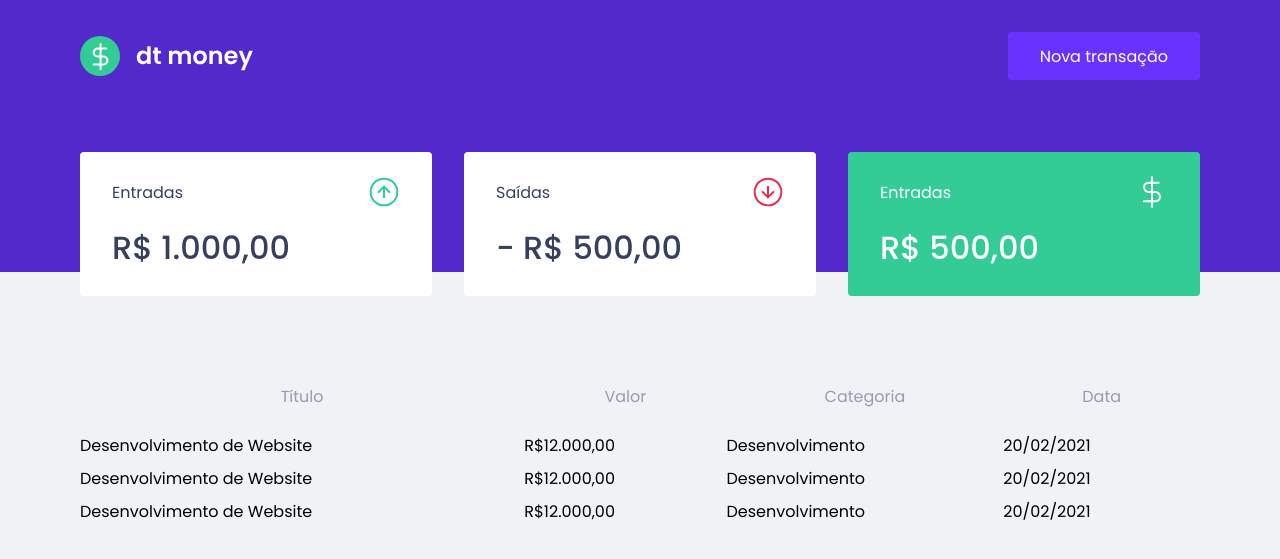
Repository: lucaslopesdevv/dtmoney
Page: /
An editor plug-in stored every save of this project. The page is shown before and after the next save, followed by the edit.
The browser window is 1280 px wide. The pictures show the whole page.
The project was rebuilt for these pictures with package versions that can differ from the ones it lists, and the page was loaded fresh each time.

Above is the page before, as saved 2021-12-06 22:05:27.

### public/index.html
<!DOCTYPE html>
<html lang="en">
  <head>
    <link rel="preconnect" href="https://fonts.googleapis.com">
    <link rel="preconnect" href="https://fonts.gstatic.com" crossorigin>
    <meta charset="utf-8" />
    <meta name="viewport" content="width=device-width, initial-scale=1" />

<Link rel="shortcut icon" href="favicon.png" type="image/png"/>

    <title>Dtmoney</title>
    <link href="https://fonts.googleapis.com/css2?family=Poppins:wght@400;500;600&family=Roboto:wght@400;700&display=swap" rel="stylesheet">


  </head>
  <body>
    <noscript>You need to enable JavaScript to run this app.</noscript>
    <div id="root"></div>
  </body>
</html>

### src/App.tsx

import { Dashboard } from "./components/Header/Dashboard";
import { Header } from "./components/Header/index";
import { GlobalStyle } from "./styles/global";

export function App() {
  return (
    <>
      <Header />
      <Dashboard />
      <GlobalStyle />
    </>
  );
}

### src/components/Header/Dashboard/index.tsx
import { Summary } from '../../Summary';
import { TransactionsTable } from '../../TransactionsTable';

import { Container } from './styles';


export function Dashboard() {
    return (
        <Container>
            <Summary />
            <TransactionsTable/>
        </Container>
    );
}

### src/components/Header/index.tsx
import logoImg from '../../assets/logo.svg';
import { Container, Content } from './styles';

export function Header() {
    return (
        <Container>
            <Content>
                <img src={logoImg} alt="dt money" />
                <button type="button">
                    Nova transação
                </button>
            </Content>
        </Container>
    )
}

### src/styles/global.ts
import { createGlobalStyle } from 'styled-components';

export const GlobalStyle = createGlobalStyle`
:root {
    --background: #F0F2F5;
    --red: #e52e4d;
    --green: #33cc95;
    --blue: #5429cc;
    --blue-light: #6933ff;

    --text-title: #363f5f;
    --text-body: #969cb3;

    --shape: #ffffff;
}
    *{
        margin: 0;
        padding: 0;
        box-sizing: boder-box;
    }

/*font-size: 16px (Desktop)*/

html {
    @media (max-width: 1080px){
        font-size: 93.75%; /*15px*/
    }

    @media (max-width: 720px){
        font-size: 87.5%; /*14px*/
    }
}

    body {
        background-color: var(--background);
        -webkit-font-smoothing: antialiased;
    }

    body, input, textarea, button {
        font-family: 'Poppins', sans-serif;
        font-weight: 400;
    }

    h1, h2, h3, h4, h5, h6, strong{
        font-weight: 600;
    }

    button{
        cursor: pointer;
    }

    [disabled] {
        opacity: 0.6;
        cursor: not-allowed;
    }


`

### src/components/Summary/index.tsx
import incomeImg from '../../assets/income.svg';
import outcomeImg from '../../assets/outcome.svg';
import totalImg from '../../assets/total.svg';

import { Container } from './styles';

export function Summary() {
    return (
        <Container>
            <div>
                <header>
                    <p>Entradas</p>
                    <img src={incomeImg} alt="Entradas" />
                </header>
                <strong>R$ 1.000,00</strong>
            </div>

            <div>
                <header>
                    <p>Saídas</p>
                    <img src={outcomeImg} alt="Saídas" />
                </header>
                <strong>- R$ 500,00</strong>
            </div>

            <div className="highlight-background">
                <header>
                    <p>Entradas</p>
                    <img src={totalImg} alt="Total" />
                </header>
                <strong>R$ 500,00</strong>
            </div>
        </Container>
    )
}

### src/components/TransactionsTable/index.tsx
import { Container } from "./styles";

export function TransactionsTable(){
    return (
        <Container>
            <table>
                <thead>
                    <tr>
                        <th>Título</th>
                        <th>Valor</th>
                        <th>Categoria</th>
                        <th>Data</th>
                    </tr>
                </thead>
                <tbody>
                    <tr>
                        <td>Desenvolvimento de Website</td>
                        <td>R$12.000,00</td>
                        <td>Desenvolvimento</td>
                        <td>20/02/2021</td>
                    </tr>
                    <tr>
                        <td>Desenvolvimento de Website</td>
                        <td>R$12.000,00</td>
                        <td>Desenvolvimento</td>
                        <td>20/02/2021</td>
                    </tr>
                    <tr>
                        <td>Desenvolvimento de Website</td>
                        <td>R$12.000,00</td>
                        <td>Desenvolvimento</td>
                        <td>20/02/2021</td>
                    </tr>
                </tbody>
            </table>
        </Container>
    );
};

### src/components/Header/Dashboard/styles.ts
import styled from "styled-components";

export const Container = styled.main`

    max-width: 1120px;
    margin: 0 auto;
    padding: 2.5rem 1rem;
`;

### src/components/Header/styles.ts
import styled from 'styled-components';

export const Container = styled.header`
background: var(--blue);

`;

export const Content = styled.div`
    max-width: 1120px;
    margin: 0 auto;

    padding: 2rem 1rem 12rem;
    display: flex;
    align-items: center;
    justify-content: space-between;

button{
    font-size: 1rem;
    color: #FFF;
    background: var(--blue-light);
    border: 0;
    padding: 0 2rem;
    border-radius: 0.25rem;
    height: 3rem;

    transition: filter 0.2s;

    &:hover{
        filter: brightness(0.9);
    }
}
`;

### src/components/Summary/styles.ts
import styled from "styled-components";

export const Container = styled.div`
    display: grid;
    grid-template-columns: repeat(3, 1fr);
    gap: 2rem;
    margin-top: -10rem;

    div {
        background: var(--shape);
        padding: 1.5rem 2rem;
        border-radius: 0.25rem;
        color: var(--text-title);


    header{
        display: flex;
        align-items: center;
        justify-content: space-between;
    }

    strong {
        display: block;
        margin-top: 1rem;
        font-size: 2rem;
        font-weight: 500;
        line-height: 3rem;
    }

    &.highlight-background{
        background: var(--green);
        color: #FFF;
    }
}
`;

### src/components/TransactionsTable/styles.ts
import styled from "styled-components";

export const Container = styled.div`

    margin-top: 4rem;

    table{
        width: 100%;
        border-spacing: 0 0.5rem;
    }

    th{
        color: var(--text-body);
        font-weight: 400;
        padding: 1rem 2rem;
    }

`;

Loaded but not shown: src/index.tsx (common file)

After the next save:
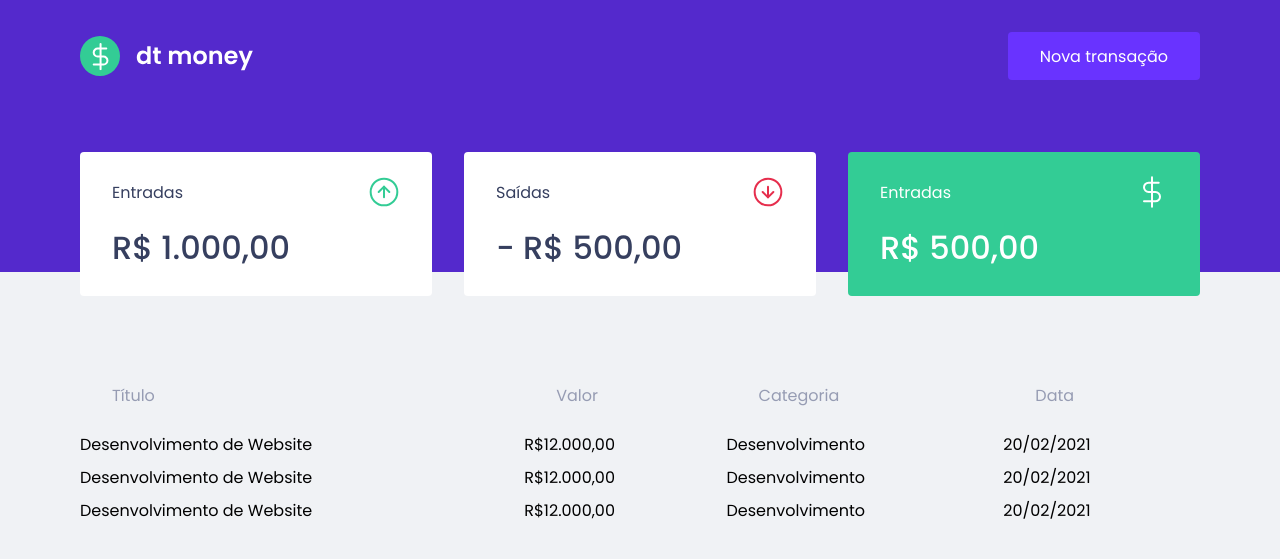
Saved 24 s later.
--- a/src/components/TransactionsTable/styles.ts
+++ b/src/components/TransactionsTable/styles.ts
@@ -13,6 +13,8 @@ export const Container = styled.div`
         color: var(--text-body);
         font-weight: 400;
         padding: 1rem 2rem;
+        text-align: left;
+        line-height: 1.5rem;
     }
 
 `;
